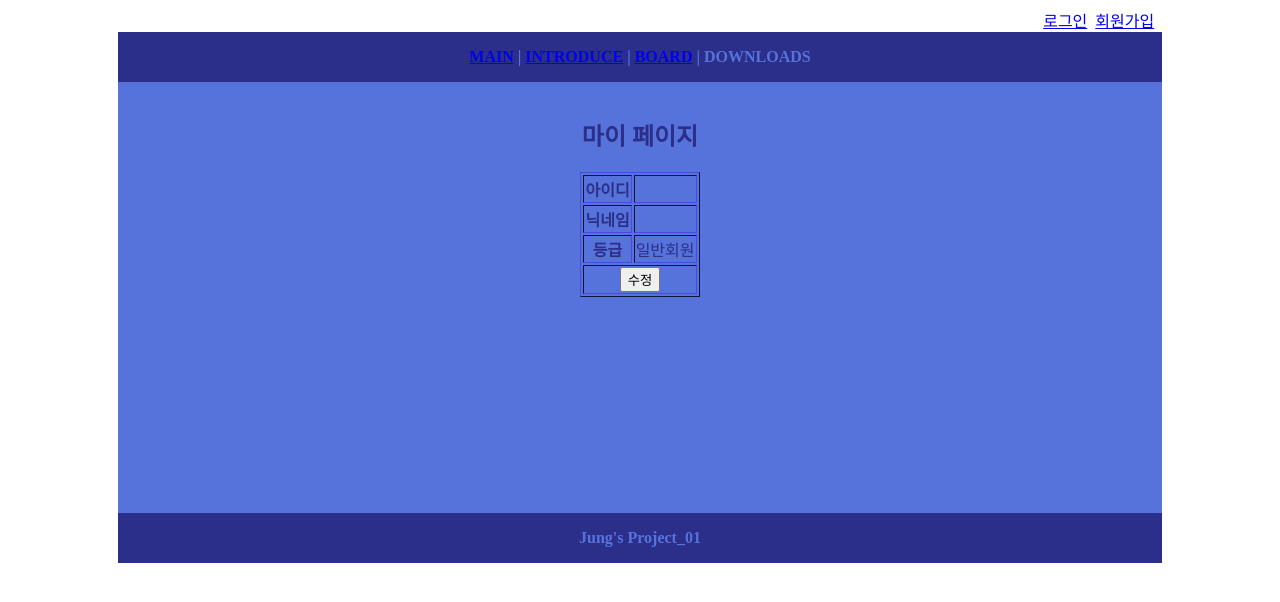
Repository: asas6306/Jungs_
Page: http://localhost/Board-Project1/WEB-INF/JSP/mypage.jsp
The author's editor kept a copy of each file at every save. The page is drawn from the files as they stood at one save, then again after the next save.
The browser window is 1280 px wide. The pictures show the whole page.
The page is served by Tomcat 9. Nobody is signed in. Other server files are loaded and not shown. The template is opened directly, without the code that normally fills it, so the values that code supplies are empty.

Above is the page before, as saved 2021-01-14 08:12:56.

### Board-Project1/WebContent/WEB-INF/JSP/mypage.jsp
<%@ page language="java" contentType="text/html; charset=UTF-8"
    pageEncoding="UTF-8"%>
<jsp:include page="/layout/header.jsp" />

<table border="1" class="table">
<caption><h2>마이 페이지</h2></caption>
	<tr>
		<th>아이디</th>
		<td>${m.ID}</td>
	</tr>
	<tr>
		<th>닉네임</th>
		<td>${m.nickname}</td>
	</tr>
	<tr>
		<th>등급</th>
		<td>${m.mng ? "관리자" : "일반회원"}</td>
	</tr>
	<tr>
		<td colspan="2" align="center">
			<input type="button" value="수정" onclick="location.href='/Board-Project1/member.do?action=PWcheck'">
		</td>
	</tr>
</table>

<jsp:include page="/layout/footer.jsp" />

### Board-Project1/WebContent/layout/header.jsp
<%@ page language="java" contentType="text/html; charset=UTF-8"
	pageEncoding="UTF-8"%>
<%@ taglib prefix="c" uri="http://java.sun.com/jsp/jstl/core" %>
<!DOCTYPE html>
<html>
<head>
<meta charset="UTF-8">
<title>Jung's Board Project_01</title>
<link rel="stylesheet" type="text/css" href="/Board-Project1/layout/layout.css">
</head>
<body>
	<div align="center">
		<div style="width: 82%" align="right">
			<c:choose>
				<c:when test="${m.state}">
				<a>${m.nickname}님 환영합니다!</a>&nbsp
					<a href="/Board-Project1/member.do?action=doLogout">로그아웃</a>&nbsp
					<a href="/Board-Project1/member.do?action=mypage">마이페이지</a>&nbsp
				</c:when>
				<c:when test="${!m.state}">
					<a href="/Board-Project1/member.do?action=login">로그인</a>&nbsp
					<a href="/Board-Project1/member.do?action=signup">회원가입</a>&nbsp
				</c:when>
			</c:choose>
		</div>
		<div class="header" align="center">
		<a href="/Board-Project1/main.do">MAIN</a>
		 |
		<a href="/Board-Project1/main.do?action=introduce">INTRODUCE</a>
		 |
		<a href="/Board-Project1/article.do?action=list">BOARD</a>
		 |
		DOWNLOADS
		</div>
	<div class="main" align="center">
		<!-- haeder -->

### Board-Project1/WebContent/layout/footer.jsp

<!-- footer -->
</div>
<div class="footer" align="center">Jung's Project_01</div>
</div>
</body>
</html>

### Board-Project1/WebContent/layout/layout.css
@charset "UTF-8";

.headertop {
	width: 80%;
}

.header, .footer {
	width: 80%;
	padding: 1em;
	background: #2C2F8A;
	color: #5673DB;
	font: sans-serif;
	font-weight: bold;
}

.main {
	width: 80%;
	padding: 1em;
	min-height: 400px;
	padding-top: 15px;
	background: #5673DB;
	color: #BADCF5;
}

.table {
	border: 2px thin;
	border-color: #2C2F8A;
	font: sans-serif;
	font-style: normal;
	color: #2C2F8A;
}

After the next save:
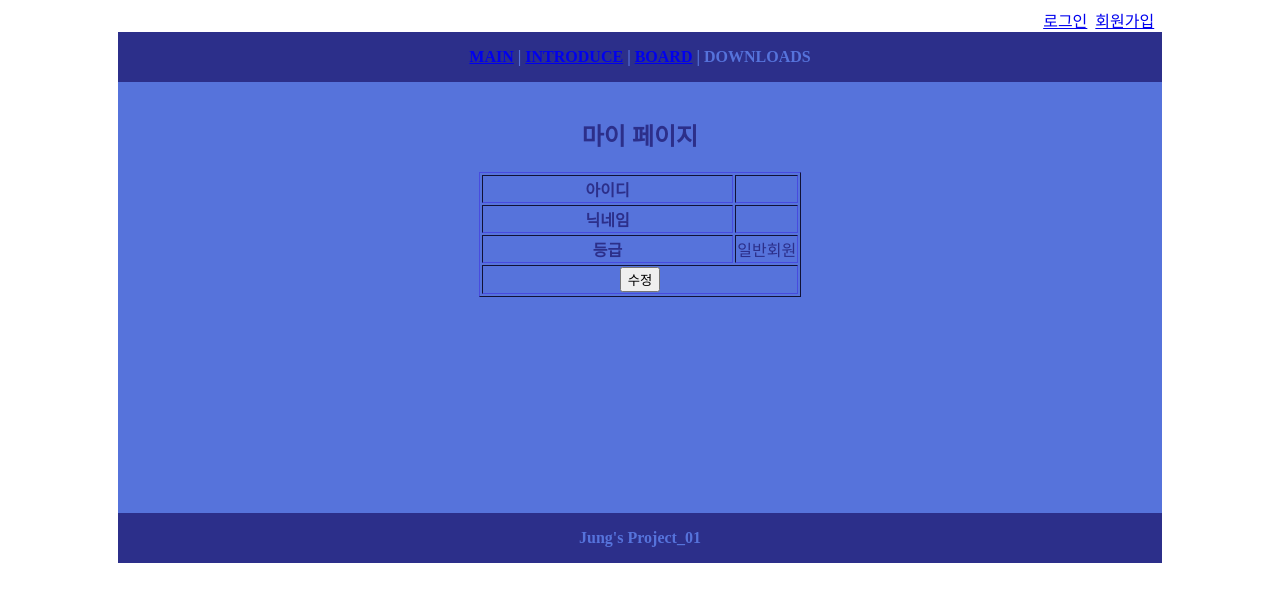
Saved 19 s later.
--- a/Board-Project1/WebContent/WEB-INF/JSP/mypage.jsp
+++ b/Board-Project1/WebContent/WEB-INF/JSP/mypage.jsp
@@ -3,9 +3,11 @@
 <jsp:include page="/layout/header.jsp" />
 
 <table border="1" class="table">
-<caption><h2>마이 페이지</h2></caption>
+	<caption>
+		<h2>마이 페이지</h2>
+	</caption>
 	<tr>
-		<th>아이디</th>
+		<th width="80%">아이디</th>
 		<td>${m.ID}</td>
 	</tr>
 	<tr>
@@ -17,8 +19,8 @@
 		<td>${m.mng ? "관리자" : "일반회원"}</td>
 	</tr>
 	<tr>
-		<td colspan="2" align="center">
-			<input type="button" value="수정" onclick="location.href='/Board-Project1/member.do?action=PWcheck'">
+		<td colspan="2" align="center"><input type="button" value="수정"
+			onclick="location.href='/Board-Project1/member.do?action=PWcheck'">
 		</td>
 	</tr>
 </table>
